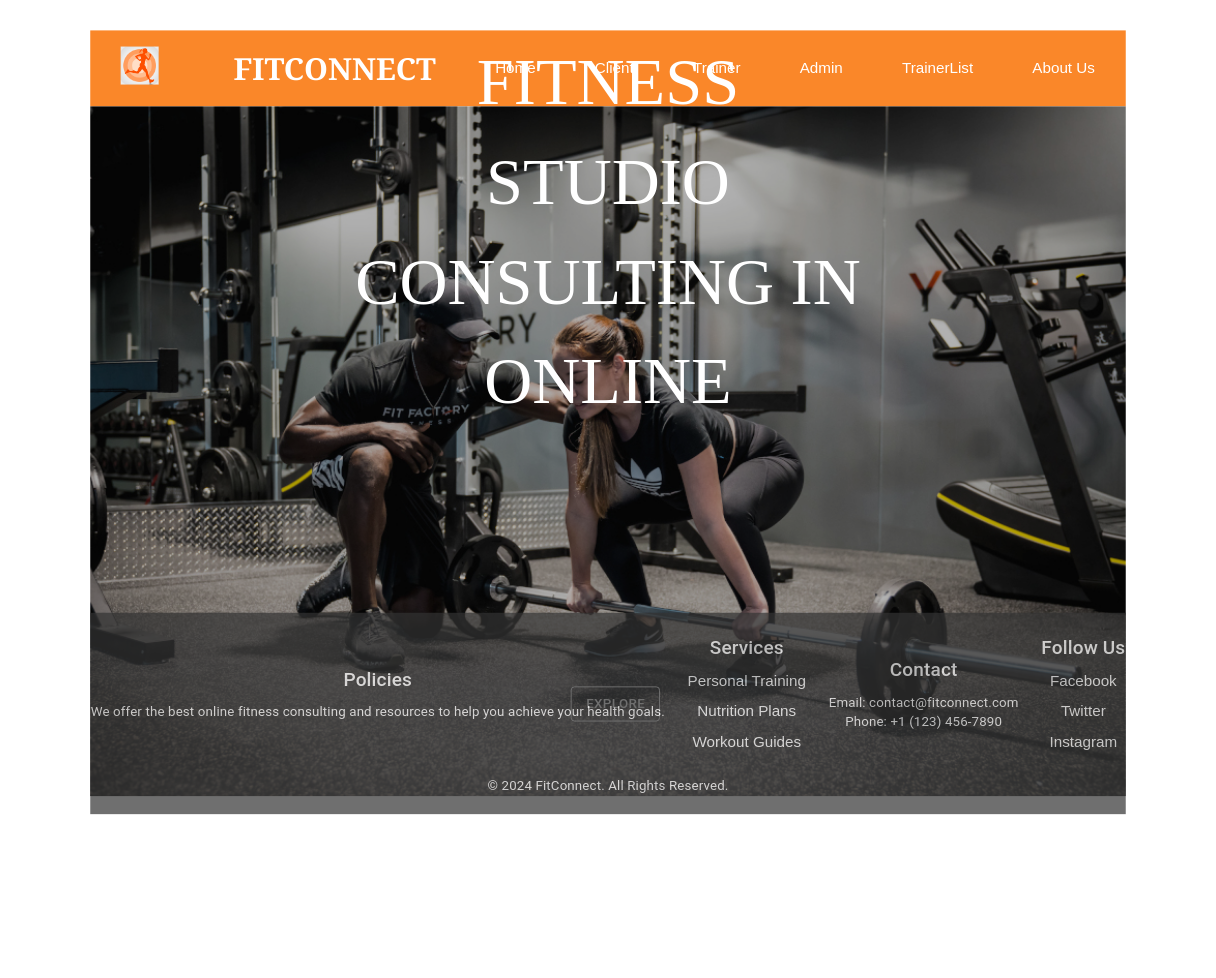
Repository: sarathraj2002/fitconnect
Page: / (app in Frontend/)
An editor plug-in stored every save of this project. The page is shown before and after the next save, followed by the edit.
The browser window is 1280 px wide. The pictures show the whole page, at 95% of full size.
The project was rebuilt for these pictures with package versions that can differ from the ones it lists, and the page was loaded fresh each time. Also part of the build but not shown: Frontend/vite.config.js, Frontend/src/components/ClientPage.jsx, Frontend/src/components/TrainerPage.jsx, Frontend/src/components/AdminPage.css, Frontend/src/components/AdminPage.jsx, Frontend/src/components/TrainerListPage.jsx, Frontend/src/components/AboutUs.jsx, Frontend/src/components/ClientRegister.css and 5 more.

Above is the page before, as saved 2024-11-17 22:40:11.

### Frontend/index.html
<!doctype html>
<html lang="en">
  <head>
    <meta charset="UTF-8" />
    <link rel="icon" type="image/svg+xml" href="/vite.svg" />
    <meta name="viewport" content="width=device-width, initial-scale=1.0" />
    <title>FitConnect</title>
  </head>
  <body>
    <div id="root"></div>
    <script type="module" src="/src/main.jsx"></script>
  </body>
</html>

### Frontend/src/App.jsx
import React from 'react';
import { useState } from 'react'
import './App.css'
import { Route, Routes } from 'react-router-dom';
import NavBar from './components/NavBar';
import ClientPage from './components/ClientPage.jsx';
import TrainerPage from './components/TrainerPage';
import AdminPage from './components/AdminPage';
import TrainerListPage from './components/TrainerListPage';
import AboutUs from './components/AboutUs.jsx';
import Home from './components/Home.jsx';
import ClientRegister from './components/ClientRegister.jsx';
import Blog from './components/Blog.jsx';
import TrainerRegister from './components/TrainerRegister.jsx';
import TrainerProfile from './components/TrainerProfile.jsx';

function App() {
  const [count, setCount] = useState(0)

  return (
    <>


      <NavBar />
      <Routes>
        <Route path="/" element={<Home />}></Route>
        <Route path="/client" element={<ClientPage />}></Route>
        <Route path="/trainer" element={<TrainerPage />} ></Route>
        <Route path="/admin" element={<AdminPage />}></Route>
        <Route path="/trainerlist" element={<TrainerListPage />}></Route>
        <Route path="/about" element={<AboutUs />}></Route>
        <Route path="/register" element={<ClientRegister />}></Route>
        <Route path="/trainerregister" element={<TrainerRegister />}></Route>
        <Route path="/blog" element={<Blog/>}></Route>
        <Route path="/profile" element={<TrainerProfile />}></Route>

      </Routes>



    </>
  )
}

export default App

### Frontend/src/components/Navbar.jsx
import React from 'react';
import { Link } from 'react-router-dom';
import './navbar.css';
import { assets } from '../assets/assets';
const Navbar = () => {
  return (
     <nav className="navbar">
    {/* Logo */}
    <div className="navbar-logo">
      <img src={assets.logo} alt="Logo" />
    </div>
    <div className='head'>
     <b> FITCONNECT</b>
    </div>


        <Link to="/" style={{textDecoration:'none',color:'white'}}>Home</Link>
        <Link to="/client" style={{textDecoration:'none',color:'white'}}>Client</Link>
        <Link to="/trainer" style={{textDecoration:'none',color:'white'}}>Trainer</Link>
        <Link to="/admin" style={{textDecoration:'none',color:'white'}}>Admin</Link>
        <Link to="/trainerlist" style={{textDecoration:'none',color:'white'}}>TrainerList</Link>
        <Link to="/about" style={{textDecoration:'none',color:'white'}}>About Us</Link>

    </nav>
  );
};

export default Navbar;

### Frontend/src/components/Home.jsx
import React from 'react'
import { assets } from '../assets/assets'
import Button from '@mui/material/Button';
import { Stack } from '@mui/material';
import { Link, useNavigate } from 'react-router-dom';
import Footer from './Footer';

const Home = () => {

  const navigate=useNavigate()

  return (

    <>

    <div className='img' style={{ position: 'relative', textAlign: 'center' }}>

    <img
      style={{  width: '100%',filter: 'brightness(70%)' }}
      src={assets.head1}
      alt=""
    />
    <p
      style={{
        position: 'absolute',
        top: '50%',
        left: '50%',
        transform: 'translate(-50%, -50%)',
        color: 'white',
        fontSize: '70px',

        fontFamily:'fantasy'
      }}
    >
      THE BEST FITNESS STUDIO CONSULTING IN ONLINE
      <Stack spacing={2} direction="row" alignItems="center"
      justifyContent="center"
      style={{ height: '80vh' }} >

      <Link to="/blog" style={{ textDecoration: 'none' }}></Link>
      <Button onClick={()=>navigate('/blog')} variant="outlined" sx={{ color: 'white', borderColor: 'white' }}>EXPLORE </Button>
    </Stack>

    </p>




    </div>
    <Footer />
    </>
  )
}

export default Home;

### Frontend/src/components/Navbar.css
* {
  margin: 0;
  padding: 0;
  box-sizing: border-box;
}

body {
  font-family: Arial, sans-serif;
}

.navbar {
  display: flex;
  align-items: center;
  justify-content: space-between;
  background-color: #fa8729;
  padding: 1rem 2rem;
  color: white;
  width: 100%;
}

.navbar-logo img {
  height: 40px;
  width: auto;
}

.head {
  font-size: xx-large;
  font-family: Georgia, 'Times New Roman', Times, serif;
  color: white;
  margin-left: 1rem;
}

.navbar-links {
  display: flex;
  gap: 1.5rem;
  list-style: none;
  margin-left: auto; /* Align links to the right */
}

.navbar-links a {
  text-decoration: none;
  color: white;
  font-size: 1rem;
  transition: color 0.3s ease;
}

.navbar-links a:hover {
  color: #ec7819;
}

.navbar-toggle {
  display: none;
  font-size: 1.5rem;
  color: white;
  cursor: pointer;
}

/* Mobile view adjustments */
@media (max-width: 768px) {
  .navbar {
      flex-direction: column;
      align-items: flex-start;
  }

  .navbar-links {
      display: none;
      flex-direction: column;
      width: 100%;
      background-color: #fa8729;
      position: absolute;
      top: 100%;
      left: 0;
      padding: 1rem 2rem;
      border-radius: 0;
  }

  .navbar-links.open {
      display: flex;
  }

  .navbar-toggle {
      display: block;
  }

  .head {
      margin-left: 0;
      margin-bottom: 1rem;
  }
}

### Frontend/src/assets/assets.js
import logo from './logo.png';
import head1 from './head1.png'

export const assets={
    logo,
    head1
};

### Frontend/src/components/Footer.jsx

import React from 'react';
import { Box, Typography, Link, Stack } from '@mui/material';

const Footer = () => {
  return (
    <Box
      component="footer"
      sx={{
        backgroundColor: '#333',
        opacity:'70%',
        color: 'white',
        padding: '20px 0',
        textAlign: 'center',
        mt: -25
      }}
    >
      <Stack
        direction={{ xs: 'column' ,sm:'row' }}
        spacing={3}
        justifyContent="center"
        alignItems="center"
      >

        <Box>
          <Typography variant="h6">Policies</Typography>
          <Typography variant="body2" sx={{ mt: 1 }}>
            We offer the best online fitness consulting and resources to help you achieve your health goals.
          </Typography>
        </Box>


        <Box>
          <Typography variant="h6">Services</Typography>
          <Link href="/services" color="inherit" underline="none" sx={{ display: 'block', mt: 1 }}>
            Personal Training
          </Link>
          <Link href="/services" color="inherit" underline="none" sx={{ display: 'block', mt: 1 }}>
            Nutrition Plans
          </Link>
          <Link href="/services" color="inherit" underline="none" sx={{ display: 'block', mt: 1 }}>
            Workout Guides
          </Link>
        </Box>


        <Box>
          <Typography variant="h6">Contact</Typography>
          <Typography variant="body2" sx={{ mt: 1 }}>Email: contact@fitconnect.com</Typography>
          <Typography variant="body2">Phone: +1 (123) 456-7890</Typography>
        </Box>


        <Box>
          <Typography variant="h6">Follow Us</Typography>
          <Link href="https://facebook.com" color="inherit" underline="none" sx={{ display: 'block', mt: 1 }}>
            Facebook
          </Link>
          <Link href="https://twitter.com" color="inherit" underline="none" sx={{ display: 'block', mt: 1 }}>
            Twitter
          </Link>
          <Link href="https://instagram.com" color="inherit" underline="none" sx={{ display: 'block', mt: 1 }}>
            Instagram
          </Link>
        </Box>
      </Stack>


      <Typography variant="body2" sx={{ mt: 3 }}>
        &copy; {new Date().getFullYear()} FitConnect. All Rights Reserved.
      </Typography>
    </Box>
  );
};

export default Footer;

Loaded but not shown: Frontend/src/main.jsx (common file); Frontend/src/index.css (common file); Frontend/src/App.css (common file)

After the next save:
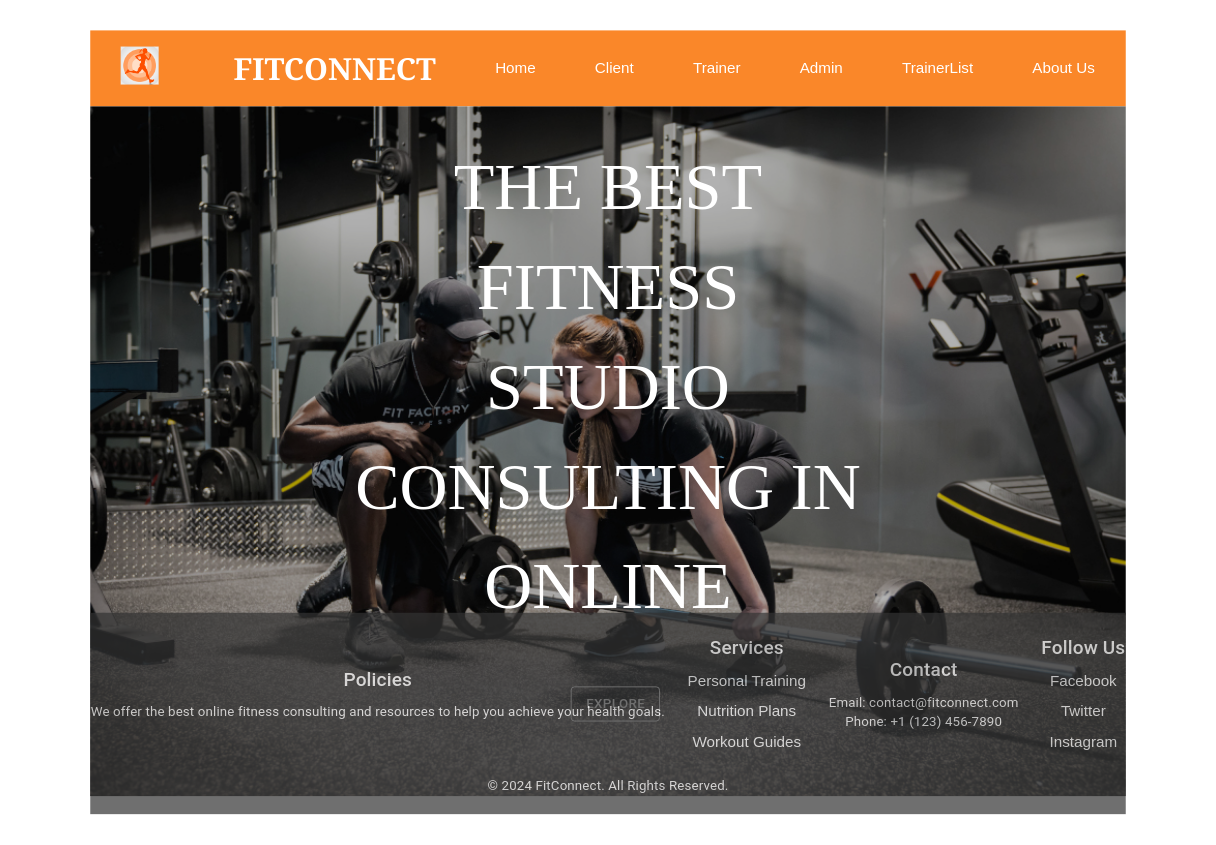
Saved 7 s later.
--- a/Frontend/src/components/Home.jsx
+++ b/Frontend/src/components/Home.jsx
@@ -35,7 +35,7 @@ const Home = () => {
       THE BEST FITNESS STUDIO CONSULTING IN ONLINE
       <Stack spacing={2} direction="row" alignItems="center"
       justifyContent="center"
-      style={{ height: '80vh' }} >
+      style={{ height: '20vh' }} >
 
       <Link to="/blog" style={{ textDecoration: 'none' }}></Link>
       <Button onClick={()=>navigate('/blog')} variant="outlined" sx={{ color: 'white', borderColor: 'white' }}>EXPLORE </Button>
